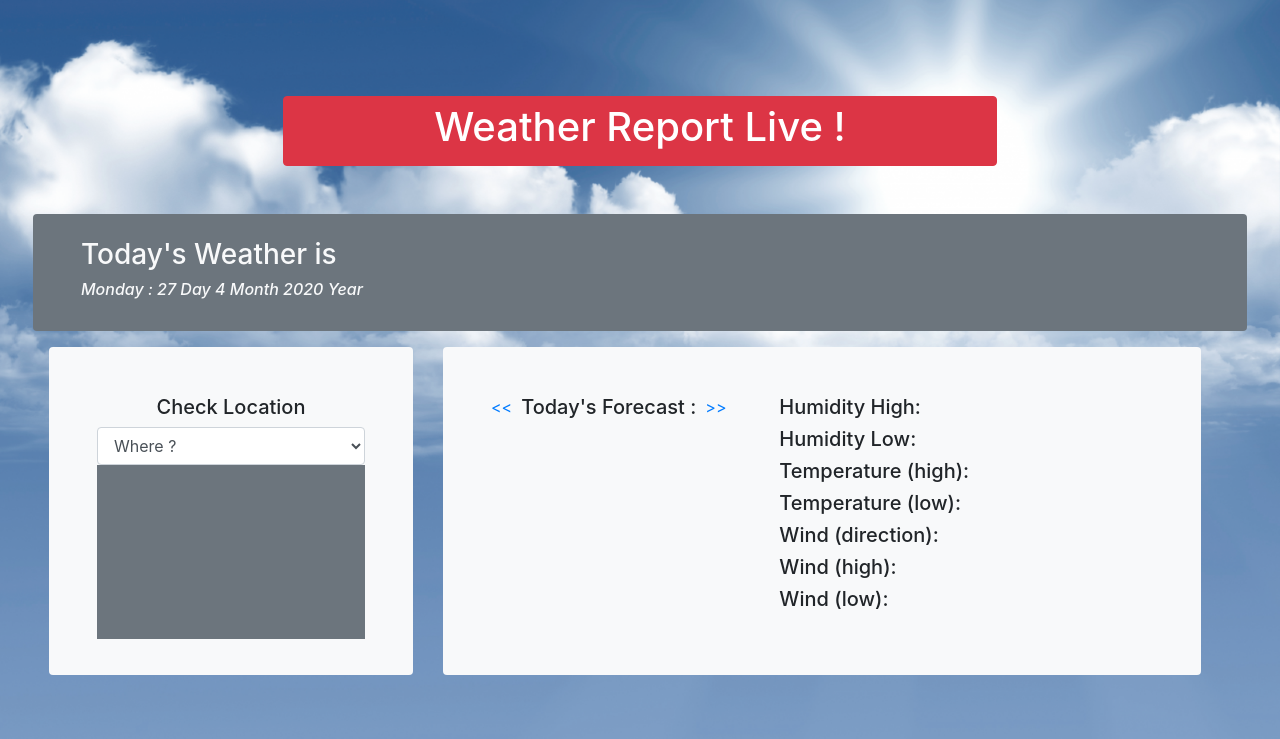
Repository: Code-Institute-Submissions/projectchen88-weatherForecast
Page: index.html
The author's editor kept a record of every edit. The page is drawn from the files as they stood at one moment, then again after the next edit.
The browser window is 1280 px wide. The pictures show the whole page.
The page's requests for data from a server got no answer.

Above is the page before.
Console error (its wording comes from the project's code and is left out).

### index.html
<!doctype html>
<html lang="en">

<head>
    <!-- Required meta tags -->
    <meta charset="utf-8">
    <meta name="viewport" content="width=device-width, initial-scale=1, shrink-to-fit=no">
    <!--AXIOS link-->
    <script src="https://unpkg.com/axios/dist/axios.min.js"></script>
    <!-- Bootstrap CSS -->
    <link rel="stylesheet" href="https://stackpath.bootstrapcdn.com/bootstrap/4.4.1/css/bootstrap.min.css" integrity="sha384-Vkoo8x4CGsO3+Hhxv8T/Q5PaXtkKtu6ug5TOeNV6gBiFeWPGFN9MuhOf23Q9Ifjh" crossorigin="anonymous">
    <!--Font Awesome-->
    <link rel="stylesheet" href="https://cdnjs.cloudflare.com/ajax/libs/font-awesome/4.7.0/css/font-awesome.min.css">
    <!--Custom CSS-->
    <link rel="stylesheet" href="styles/style.css" type="text/css" />
    <title>Hello, world!</title>
</head>

<body>
    <main id='main-page' class='container-fluid p-5'>
        <!--Header-->
        <div class="row">
            <div class="col-md-8 col-12 p-md-5 p-3 mx-auto">
                <span class='btn btn-danger w-100'><h1>Weather Report Live ! </h1></span>
            </div>
        </div>

        <!--Current Weather -->
        <div class="row">
            <div class="col-12 px-5 py-4 bg-secondary text-light rounded">
                <h3>Today's Weather is <span id='status'></span></h3>
                <h6 id='dateToday' class='font-italic'></h6>
            </div>
            <div id='display-section' class="col-12 p-3 bg-transparent">
                <div class="box row">
                    <!--Check and display weather of location selected-->
                    <div class="box col-md-4 col-12 mx-auto text-center">
                        <div class="box p-5 bg-light rounded">
                            <h5>Check Location</h5>
                            <div >
                                <select class='form-control' id="select">
                                    <option>Where ?</option>
                                </select>
                            </div>
                            <div class='display-box p-2 bg-secondary'>
                                <p><span id='weather' class='font-bolder text-light'></span></p>
                            </div>
                        </div>
                    </div>

                    <!--Display 4 days forecast-->
                    <div class="box col-md-8 col-12 mx-auto text-center">
                        <div class="box p-5 bg-light rounded">
                            <div class='display-box'>
                                <div class="row">
                                    <div class="col-5">
                                        <div class='d-flex'>
                                            <a id='left' href=""><< &nbsp</a>
                                            <h5> Today's Forecast : </h5>
                                            <a id= 'right' href=""> &nbsp >> </a>
                                        </div>
                                        <span id='forecast'></span>
                                    </div>
                                    <div class="col-7">
                                        <div class='d-flex'>
                                            <h5>Humidity High: </h5>
                                            <span id='humidity-high'></span>
                                        </div>
                                        <div class='d-flex'>
                                            <h5>Humidity Low: </h5>
                                            <span id='humidity-low'></span>
                                        </div>
                                        <div class='d-flex'>
                                            <h5>Temperature (high): </h5>
                                            <span id='temperature-high'></span>
                                        </div>
                                        <div class='d-flex'>
                                            <h5>Temperature (low): </h5>
                                            <span id='temperature-low'></span>
                                        </div>
                                        <div class='d-flex'>
                                            <h5>Wind (direction): </h5>
                                            <span id='wind-direction'></span>
                                        </div>
                                        <div class='d-flex'>
                                            <h5>Wind (high): </h5>
                                            <span id='wind-speed-high'></span>
                                        </div>
                                        <div class='d-flex'>
                                            <h5>Wind (low): </h5>
                                            <span id='wind-speed-low'></span>
                                        </div>
                                    </div>

                                </div>
                            </div>
                        </div>
                    </div>


                </div>
            </div>
        </div>


    </main>


    <!-- Optional JavaScript -->
    <!-- jQuery first, then Popper.js, then Bootstrap JS -->
    <script src="https://code.jquery.com/jquery-3.4.1.js" integrity="sha256-WpOohJOqMqqyKL9FccASB9O0KwACQJpFTUBLTYOVvVU=" crossorigin="anonymous"></script>
    <script src="https://cdn.jsdelivr.net/npm/popper.js@1.16.0/dist/umd/popper.min.js" integrity="sha384-Q6E9RHvbIyZFJoft+2mJbHaEWldlvI9IOYy5n3zV9zzTtmI3UksdQRVvoxMfooAo" crossorigin="anonymous"></script>
    <script src="https://stackpath.bootstrapcdn.com/bootstrap/4.4.1/js/bootstrap.min.js" integrity="sha384-wfSDF2E50Y2D1uUdj0O3uMBJnjuUD4Ih7YwaYd1iqfktj0Uod8GCExl3Og8ifwB6" crossorigin="anonymous"></script>
    <!--Custom JS script-->
    <script type="text/javascript" src="scripts/script.js"></script>
</body>

</html>

### scripts/script.js
/*  global $ axios */

var source1 = "https://api.data.gov.sg/v1/environment/2-hour-weather-forecast"
var source2 = "https://api.data.gov.sg/v1/environment/4-day-weather-forecast"
var forecastData =[]
var tempData =[]
var option =[]
var status


//AXIO TO GET DATA FROM JSON FILE (local)
function getForecast(callback) {
  axios.get(source1)
    .then(function(response) {
      let result = response.data;
      console.log(result)
      callback(result)
    })
}
function getTemp(callback) {
  axios.get(source2)
    .then(function(response) {
      let result = response.data.items[0].forecasts;
      console.log(result)
      callback(result)
    })
}
function displayDailyForecast( day ) {
  document.getElementById("forecast-title").innerHTML="Weather Forecast for date : " +tempData[day].date
  document.getElementById("forecast").innerHTML=tempData[day].forecast
  document.getElementById("humidity-high").innerHTML=tempData[day].relative_humidity.high
  document.getElementById("humidity-low").innerHTML=tempData[day].relative_humidity.low
  document.getElementById("temperature-high").innerHTML=tempData[day].temperature.high
  document.getElementById("temperature-low").innerHTML=tempData[day].temperature.low
  document.getElementById("wind-direction").innerHTML="The wind will be blowing in the "+tempData[day].wind.direction+" direction"
  document.getElementById("wind-speed-high").innerHTML=tempData[day].wind.speed.high
  document.getElementById("wind-speed-low").innerHTML=tempData[day].wind.speed.low

}
getTemp(function(data){
  tempData = data;
  tempData.count = 0 // tracker for the day result that is displayed
  displayDailyForecast (tempData.count)
  document.getElementById("forecast").innerHTML=tempData[0].forecast
})

getForecast( function(data) {
    forecastData = data
    status = forecastData.api_info.status
    document.getElementById("status").innerHTML = status;

    let forecastsArea = forecastData.items[0].forecasts

    var select = document.getElementById("select");
    for (let item in forecastsArea) {
      var el = document.createElement("option");
      el.textContent = forecastsArea[item].area;
      el.value = forecastsArea[item].area;
      select.appendChild(el);
    }
})

$ (function () {
  // $('#prev-day').hide();

  // Set the date of today to be displayed
  var d = new Date();
  var weekday = new Array(7);
  weekday[0] = "Sunday";
  weekday[1] = "Monday";
  weekday[2] = "Tuesday";
  weekday[3] = "Wednesday";
  weekday[4] = "Thursday";
  weekday[5] = "Friday";
  weekday[6] = "Saturday";
  var strDate = weekday[d.getDay()] + " : " + d.getDate() + " Day " + (d.getMonth()+1) + " Month " + d.getFullYear() + " Year " ;
  $('#dateToday').text(strDate)

  // Detect for change in option change in selection of area and display the weather
  $('#select').change(function(){
    // displayWeather()
    let forecastsArea = forecastData.items[0].forecasts
    for (let item in forecastsArea) {
      var select = $('#select').val()
      if (select == forecastsArea[item].area)
      $('#weather').text("The weather at "+ forecastsArea[item].area +" is expected to be "+forecastsArea[item].forecast)
    }
  })

  // Detect for change to view. forecast for next day
  $('#next-day').click( function () {
    if (tempData.count < 3) {
      tempData.count ++ ;
      displayDailyForecast(tempData.count)
      if (tempData.count >= 3) {
        // $('#next-day').hide()
      }
      $('#prev-day').text('<<')
    }
    else {
      $('#next-day').text('>>|')
    }
  })

  $('#prev-day').on('click', function () {
   if (tempData.count >= 0) {
      tempData.count -- ;
      displayDailyForecast(tempData.count)
      if (tempData.count <= 0 ) {
        $('#next-day').text(">>")
      }
      $('#prev-day').text('|<<')
    }
  })
})

Loaded but not shown: styles/style.css (common file)

After the next edit:
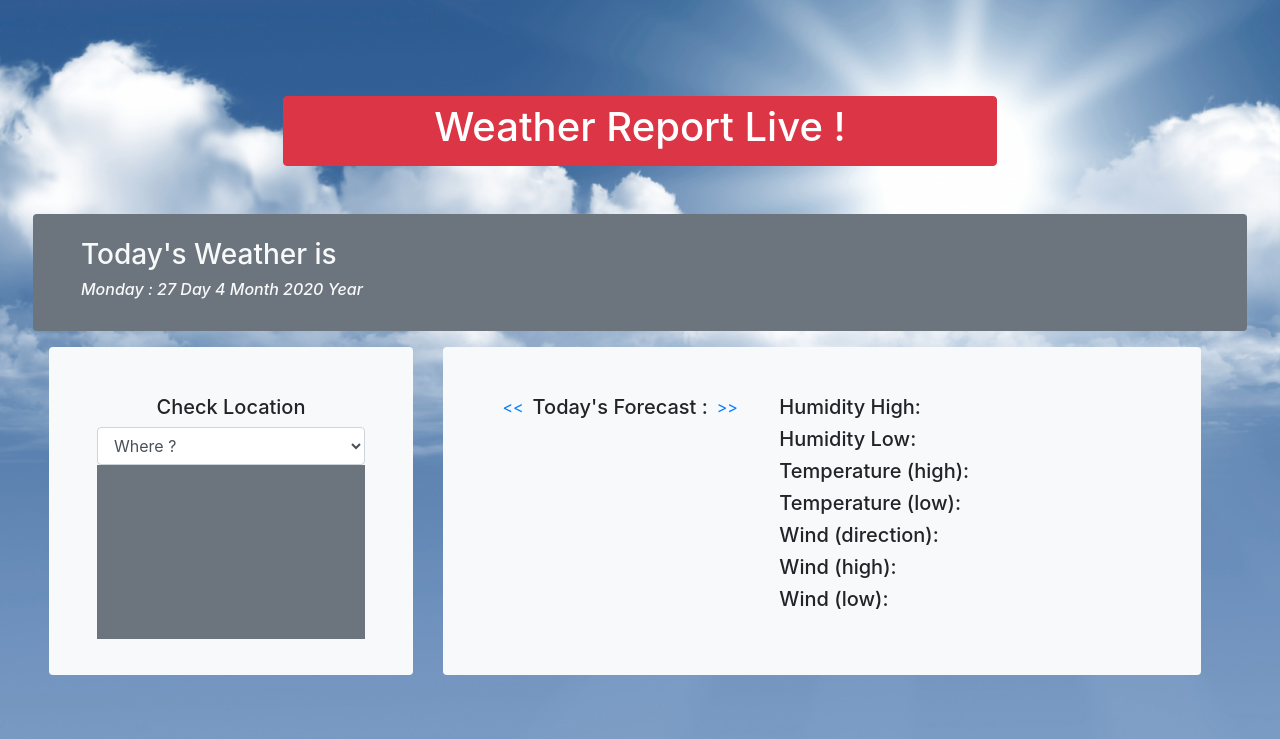
The edit:
--- a/index.html
+++ b/index.html
@@ -54,7 +54,7 @@
                             <div class='display-box'>
                                 <div class="row">
                                     <div class="col-5">
-                                        <div class='d-flex'>
+                                        <div class='d-flex justify-content-center'>
                                             <a id='left' href=""><< &nbsp</a>
                                             <h5> Today's Forecast : </h5>
                                             <a id= 'right' href=""> &nbsp >> </a>
